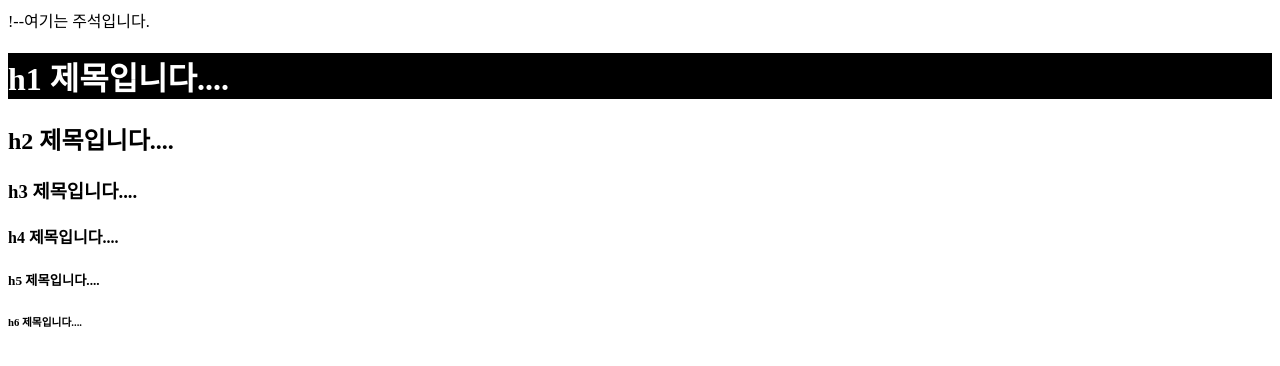
Repository: kmg8138/html
Page: 2020.04.06/ex0406/WebContent/ex01.html
The author's editor kept a copy of each file at every save. The page is drawn from the files as they stood at one save, then again after the next save.
The browser window is 1280 px wide. The pictures show the whole page.

Above is the page before, as saved 2020-04-06 00:37:53.

### 2020.04.06/ex0406/WebContent/ex01.html
<!DOCTYPE html>
<html>
<head>
	<meta charset="UTF-8">
	<title>연습 1</title>
	<style>
		h1 {color:white;background:black;}

	</style>
</head>
<body>
	!--여기는 주석입니다.
	<h1>h1 제목입니다....</h1>
	<h2>h2 제목입니다....</h2>
	<h3>h3 제목입니다....</h3>
	<h4>h4 제목입니다....</h4>
	<h5>h5 제목입니다....</h5>
	<h6>h6 제목입니다....</h6>
</body>
</html>

After the next save:
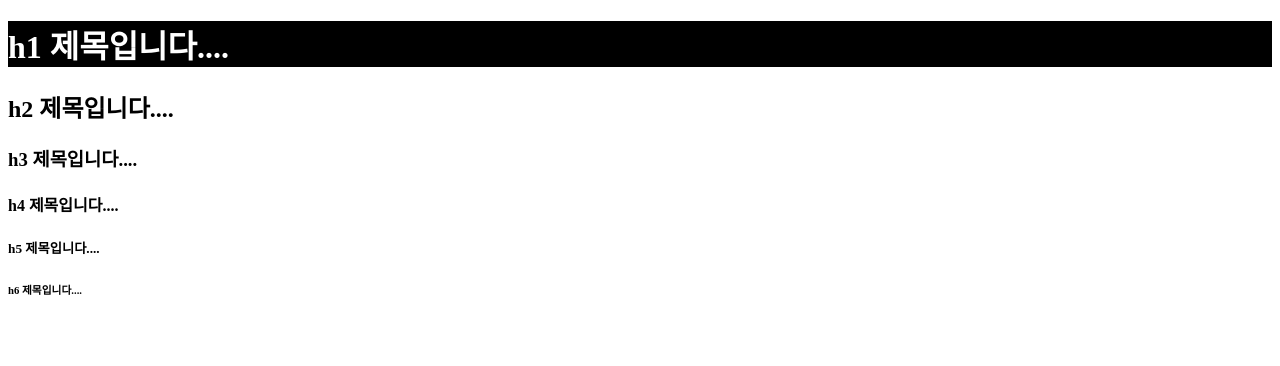
Saved 22 s later.
--- a/2020.04.06/ex0406/WebContent/ex01.html
+++ b/2020.04.06/ex0406/WebContent/ex01.html
@@ -9,7 +9,7 @@
 	</style>
 </head>
 <body>
-	!--여기는 주석입니다.
+	<!--여기는 주석입니다.-->
 	<h1>h1 제목입니다....</h1>
 	<h2>h2 제목입니다....</h2>
 	<h3>h3 제목입니다....</h3>
